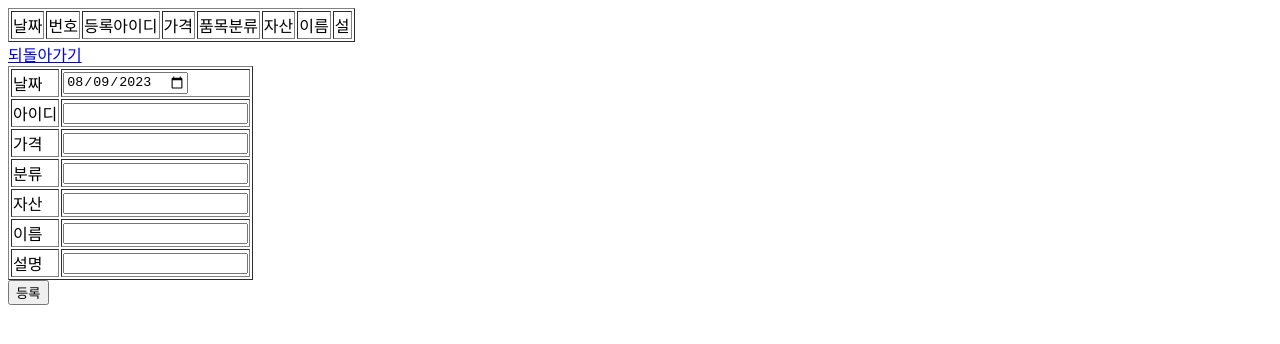
Repository: hdk8572/kh_MoneyManager
Page: http://localhost/Semi_backup/user/main
An editor plug-in stored every save of this project. The page is shown before and after the next save, followed by the edit.
The browser window is 1280 px wide. The pictures show the whole page.
The page is served by Tomcat 9. Queries for data that is not in the repository find no rows.

Above is the page before, as saved 2023-08-10 08:06:29.

After the next save:
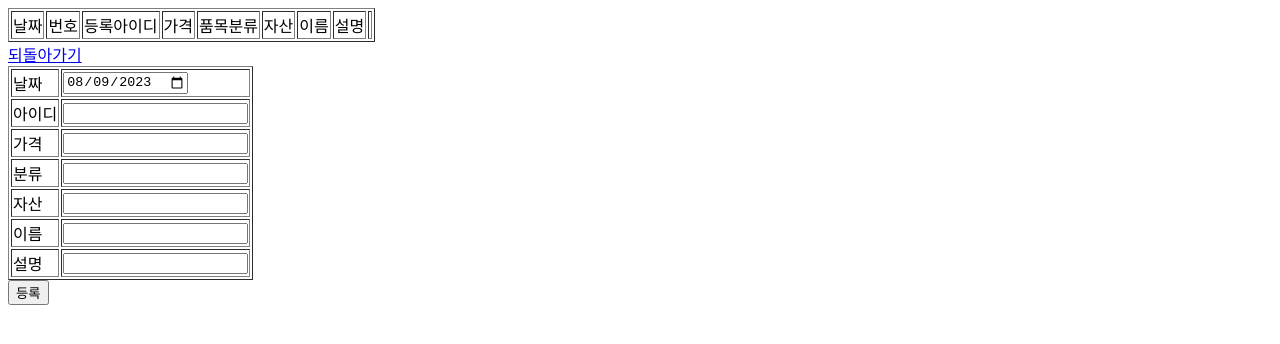
Saved 47 s later.
--- a/Semi_backup/src/main/webapp/WEB-INF/user/main.jsp
+++ b/Semi_backup/src/main/webapp/WEB-INF/user/main.jsp
@@ -19,7 +19,8 @@
 				<td>품목분류</td>
 				<td>자산</td>
 				<td>이름</td>
-				<td>설</td>
+				<td>설명</td>
+				<td></td>
 			</tr>
 			<c:forEach items="${ulist}" var="ul">
 			<tr>
